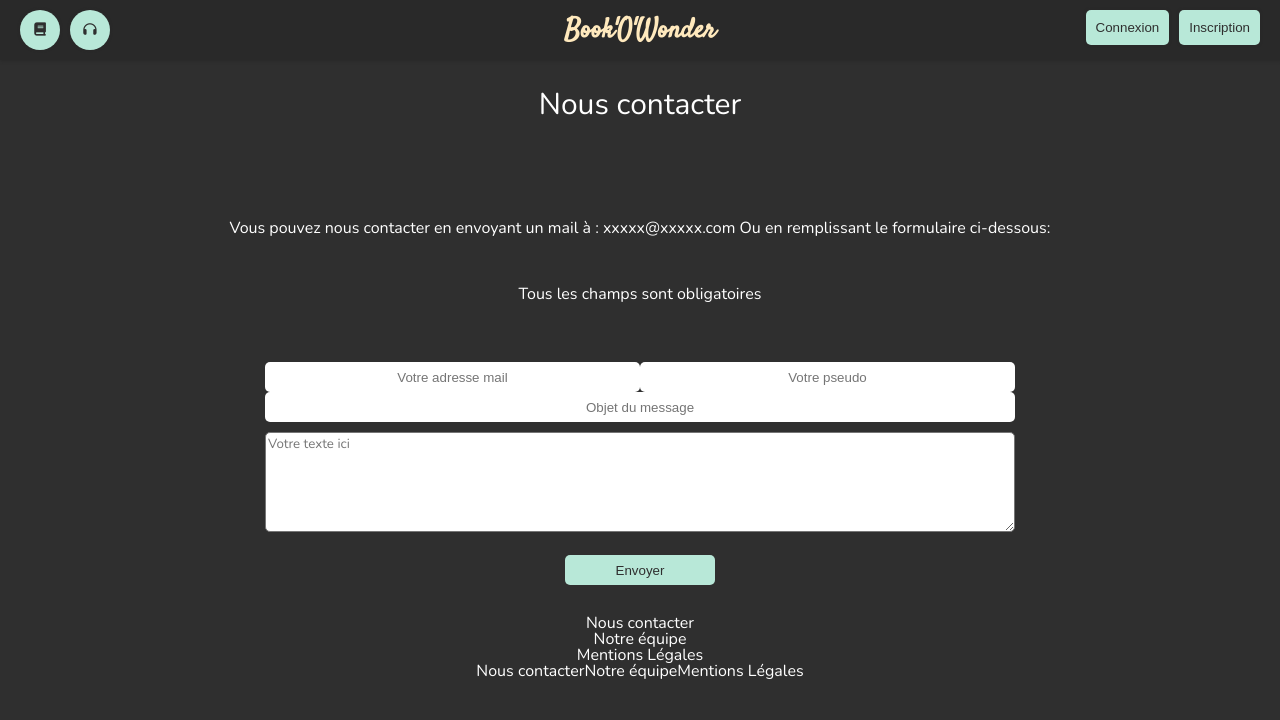
Repository: AnneLineC/book-o-wonder-front
Page: /contact
An editor plug-in stored every save of this project. The page is shown before and after a run of saves, followed by the edit.
The browser window is 1280 px wide. The pictures show the whole page.
The page's requests for data from a server got no answer. Some web libraries are served in a nearby version. The project was rebuilt for these pictures with package versions that can differ from the ones it lists, and the page was loaded fresh each time. No one was signed in, and anything a server would have sent is missing. Also part of the build but not shown: src/components/HeaderApp/LoggedMenu/styles.scss, src/components/HeaderApp/LoggedMenu/index.js, src/components/BookCard/styles.scss, src/components/BookCard/index.js, src/components/HomePage/styles.scss, src/components/HomePage/index.js, src/components/LoginPage/styles.scss, src/components/LoginPage/index.js and 30 more.

Above is the page before, as saved 2021-12-21 10:47:29.

### public/index.html
<!DOCTYPE html>
<html lang="en">
  <head>
    <meta charset="utf-8" />
    <link rel="icon" href="%PUBLIC_URL%/favicon.ico" />
    <meta name="viewport" content="width=device-width, initial-scale=1" />
    <meta name="theme-color" content="#000000" />
    <meta
      name="description"
      content="Web site created using create-react-app"
    />
    <link rel="apple-touch-icon" href="%PUBLIC_URL%/logo192.png" />
    <!--
      manifest.json provides metadata used when your web app is installed on a
      user's mobile device or desktop. See https://developers.google.com/web/fundamentals/web-app-manifest/
    -->
    <link rel="manifest" href="%PUBLIC_URL%/manifest.json" />
    <!--
      Notice the use of %PUBLIC_URL% in the tags above.
      It will be replaced with the URL of the `public` folder during the build.
      Only files inside the `public` folder can be referenced from the HTML.

      Unlike "/favicon.ico" or "favicon.ico", "%PUBLIC_URL%/favicon.ico" will
      work correctly both with client-side routing and a non-root public URL.
      Learn how to configure a non-root public URL by running `npm run build`.
    -->
    <title>Book'O'Wonder</title>
    <script src="https://kit.fontawesome.com/1f90cd4d86.js" crossorigin="anonymous"></script>
  </head>
  <body>
    <noscript>You need to enable JavaScript to run this app.</noscript>
    <div id="root"></div>
  </body>
</html>

### src/index.js
import { Provider } from 'react-redux';
import { BrowserRouter } from 'react-router-dom';
import React from 'react';
import ReactDOM from 'react-dom';
import reportWebVitals from './reportWebVitals';
import store from './store';
import App from './components/App';
import './styles/index.scss';

ReactDOM.render(
  <React.StrictMode>
    <BrowserRouter>
      <Provider store={store}>
        <App />
      </Provider>
    </BrowserRouter>
  </React.StrictMode>,
  document.getElementById('root'),
);

// If you want to start measuring performance in your app, pass a function
// to log results (for example: reportWebVitals(console.log))
// or send to an analytics endpoint. Learn more: https://bit.ly/CRA-vitals
reportWebVitals();

### src/store/index.js
import { createStore, applyMiddleware, compose } from 'redux';

import reducer from '../reducers';
import apiMiddleware from '../middlewares/api';

const composeEnhancers = window.__REDUX_DEVTOOLS_EXTENSION_COMPOSE__ || compose;

const enhancers = composeEnhancers(
  applyMiddleware(apiMiddleware),
);

const store = createStore(reducer, enhancers);

export default store;

### src/styles/index.scss
@use 'reset';
@use 'vars';

@font-face {
  font-family: 'Nunito';
  src: url('../assets/fonts/Nunito-VariableFont_wght.ttf');
  font-weight: normal;
  font-style: normal;
}

@font-face {
  font-family: 'Satisfy';
  src: url('../assets/fonts/Satisfy-Regular.ttf');
  font-weight: normal;
  font-style: normal;
}

html, body {
  max-width: 100%;
  overflow-x: hidden;
}

body {
  background-color: vars.$color--grey-dark;
  margin: 0;
  font-family: 'Nunito', sans-serif;
  color: white;

  &.reading-page {
    height: 100vh;
    overflow-y: hidden;
  }
}

button {
  color: vars.$color--grey-dark;
}

/* Hiding class, making content visible only to screen readers but not visually */
/* "sr" meaning "screen-reader" */
.sr-only:not(:focus):not(:active) {
  clip: rect(0 0 0 0);
  clip-path: inset(50%);
  height: 1px;
  overflow: hidden;
  position: absolute;
  white-space: nowrap;
  width: 1px;
}

button {
  color: vars.$color--grey-dark;
}

/* Hiding class, making content visible only to screen readers but not visually */
/* "sr" meaning "screen-reader" */
.sr-only:not(:focus):not(:active) {
  clip: rect(0 0 0 0);
  clip-path: inset(50%);
  height: 1px;
  overflow: hidden;
  position: absolute;
  white-space: nowrap;
  width: 1px;
}

### src/reducers/index.js
import { combineReducers } from 'redux';

import userReducer from './user';
import booksReducer from './books';
import displayReducer from './display';
import soundsReducer from './sounds';

const rootReducer = combineReducers({
  display: displayReducer,
  books: booksReducer,
  user: userReducer,
  sounds: soundsReducer,
});

export default rootReducer;

### src/components/ContactPage/index.js
import { useSelector, useDispatch } from 'react-redux';
import { Link } from 'react-router-dom';

import {
  setFieldValue, contactFormAttempt,
} from '../../actions';
import './styles.scss';

const ContactPage = () => {
  const dispatch = useDispatch();

  const nicknameValue = useSelector((state) => state.user.nicknameValue);
  const emailValue = useSelector((state) => state.user.emailValue);
  const objectValue = useSelector((state) => state.user.objectValue);
  const contentValue = useSelector((state) => state.user.textValue);
  const isSubmitted = useSelector((state) => state.display.registerForm.sent);
  const isError = useSelector((state) => state.display.registerForm.error);

  const handleInputNicknameChange = (event) => {
    dispatch(setFieldValue('nicknameValue', event.target.value));
  };

  const handleInputEmailChange = (event) => {
    dispatch(setFieldValue('emailValue', event.target.value));
  };

  const handleInputObjectChange = (event) => {
    dispatch(setFieldValue('objectValue', event.target.value));
  };

  const handleInputContentValueChange = (event) => {
    dispatch(setFieldValue('contentValue', event.target.value));
  };

  const handleSendFormSubmit = (event) => {
    event.preventDefault();
    console.log(contactFormAttempt);
    dispatch(contactFormAttempt());
  };

  return (
    <div className="contact-page">

      {!isSubmitted
      && (
      <div>
      <p className="contact-page__title">
        Nous contacter
      </p>

      <p className="contact-page__contact">
        Vous pouvez nous contacter en envoyant un mail à : xxxxx@xxxxx.com
        Ou en remplissant le formulaire ci-dessous:
      </p>

      <p className="contact-page__required">
        Tous les champs sont obligatoires
      </p>

      <form autoComplete="off" className="contact-page__form" onSubmit={handleSendFormSubmit}>
        <div className="contact-page__top">
          <label className="contact-page__label" htmlFor="email">
            <span className="sr-only">Email</span>
            <input
              className="contact-page__input"
              type="email"
              name="email"
              id="email"
              placeholder="Votre adresse mail"
              value={emailValue}
              onChange={handleInputEmailChange}
            />
          </label>

          <label className="contact-page__label" htmlFor="pseudo">
            <span className="sr-only">Pseudo</span>
            <input
              className="contact-page__input"
              type="text"
              name="nickname"
              id="nickname"
              placeholder="Votre pseudo"
              value={nicknameValue}
              onChange={handleInputNicknameChange}
            />
          </label>
        </div>

        <div className="contact-page__bottom">
          <label className="contact-page__labell" htmlFor="object">
            <span className="sr-only">Objet du message</span>
            <input
              className="contact-page__object"
              type="text"
              name="object"
              id="object"
              placeholder="Objet du message"
              value={objectValue}
              onChange={handleInputObjectChange}
            />
          </label>

          <label className="contact-page__labell" htmlFor="content">
            <span className="sr-only">Tapez votre message ici</span>
            <textarea
              cols="33"
              className="contact-page__textarea"
              name="content"
              id="content"
              placeholder="Votre texte ici"
              value={contentValue}
              onChange={handleInputContentValueChange}
            />
          </label>

          {isError && <p className="contact-page__error">Erreur survenue lors de l'envoi. Veillez vérifier vos champs.</p>}

          <button
            type="submit"
            className="contact-page__send"
          >
            Envoyer
          </button>
        </div>
      </form>
      </div>
      )}

        {isSubmitted
        && (
        <div className="contact-page__validation">
          <p className="contact-page__validation-title">
            Merci de votre message !
          </p>
          <p className="contact-page__validation-subtext">
            Merci pour votre message, nous y répondrons dès que possible
          </p>
          <Link to="/">
            <button
              type="submit"
              className="contact-page__home"
            >
              Retour à l'accueil
            </button>
          </Link>
        </div>
        )}

    </div>
  );
};
export default ContactPage;

### src/components/FooterApp/index.js
import './styles.scss';
import { Link } from "react-router-dom"

const FooterApp = () => (
  <footer>
    <ul>
        <ol><a href=""></a>Nous contacter</ol>
        <ol><a href=""></a>Notre équipe</ol>
        <ol><a href=""></a>Mentions Légales</ol>

        <Link to="/Nous_contacter">Nous contacter</Link>
        <Link to="/Notre_equipe">Notre équipe</Link>
        <Link to="/Mentions_Legales">Mentions Légales</Link>
    </ul>
  </footer>
);

export default FooterApp;

### src/styles/_reset.css
/* http://meyerweb.com/eric/tools/css/reset/ v2.0 | 20110126 */
html,
body,
div,
span,
applet,
object,
iframe,
h1,
h2,
h3,
h4,
h5,
h6,
p,
blockquote,
pre,
a,
abbr,
acronym,
address,
big,
cite,
code,
del,
dfn,
em,
img,
ins,
kbd,
q,
s,
samp,
small,
strike,
strong,
sub,
sup,
tt,
var,
b,
u,
i,
center,
dl,
dt,
dd,
ol,
ul,
li,
fieldset,
form,
label,
legend,
table,
caption,
tbody,
tfoot,
thead,
tr,
th,
td,
article,
aside,
canvas,
details,
embed,
figure,
figcaption,
footer,
header,
hgroup,
menu,
nav,
output,
ruby,
section,
summary,
time,
mark,
audio,
video {
  margin: 0;
  padding: 0;
  border: 0;
  font-size: 100%;
  font: inherit;
  vertical-align: baseline;
}

/* HTML5 display-role reset for older browsers */
article,
aside,
details,
figcaption,
figure,
footer,
header,
hgroup,
menu,
nav,
section {
  display: block;
}

body {
  line-height: 1;
}
ol,
ul {
  list-style: none;
}
blockquote,
q {
  quotes: none;
}

blockquote::before,
blockquote::after,
q:before,
q:after {
  content: '';
  content: none;
}
table {
  border-collapse: collapse;
  border-spacing: 0;
}

/* Améliorations */

html {
  box-sizing: border-box;
  font-size: 62.5%;
}

body {
  font-size: 1.6rem;
}

*,
*::before,
*::after {
  box-sizing: inherit;
}

a,
del,
ins {
  text-decoration: none;
}
a {
  color: inherit;
}

label,
button {
  cursor: pointer;
  background-color: transparent;
  border: 0;
  padding: 0;
}

input,
button {
  outline: 0;
  border: 0;
}

### src/styles/_vars.scss
// --------
// Colors :
// --------

// $color--*color*-*light/medium/dark*

$color--grey-dark: #2f2f2f;
$color--grey-very-dark: #292929;
$color--green-light: #b8e8d8;
$color--blue-light: #e1ecfe;
$color--yellow-light: #fffec5;
$color--orange-light: #ffe9bd;
$color--orange-medium: #e9ab9c;

// $gradient--*color*-*light/medium/dark*

$gradient--blue-light : linear-gradient(to bottom, #9ec0ff, #e8f1ff);
$gradient--yellow-light : linear-gradient(to bottom, #fed68e, #fef4db);
$gradient--green-light : linear-gradient(to bottom, #88d4ba, #d8f3ea);

// ---------
// General :
// ---------

$radius: 0.5rem;
$gutter: 1rem;

// -------------
// Breakpoints :
// -------------

$tablet: 700px;
$desktop: 1000px;

// -------
// Fonts :
// -------

$title-font: 'Satisfy', sans-serif;
$main-font: 'Nunito', sans-serif;

### src/reducers/sounds.js
import { SET_SOUNDS, SET_CURRENT_SOUND } from '../actions';

export const initialState = {
  musicsList: [],
  currentMusic: {
    id: 1,
    name: 'Lofi',
    music: 'https:/www.youtube.com/watch?v=5qap5aO4i9A',
    image: '',
    categories: [
      {
        id: 1,
        name: 'Fantasy',
      },
    ],
  },
};

const reducer = (state = initialState, action = {}) => {
  switch (action.type) {
    case SET_SOUNDS:
      return {
        ...state,
        musicsList: action.data,
      };
    case SET_CURRENT_SOUND:
      return {
        ...state,
        currentMusic: action.data,
      };
    default:
      return state;
  }
};

export default reducer;

### src/components/HeaderApp/LoginComponent/index.js
import LoginButtons from './LoginButtons';
import LoginMenu from './LoginMenu';
import './styles.scss';

const LoginComponent = () => (
  <div className="login-component">
    <LoginButtons />
    <LoginMenu />
  </div>
);

export default LoginComponent;

### src/components/HeaderApp/styles.scss
@use './../../styles/vars';
@use "sass:color";

.header-app {

    padding: vars.$gutter vars.$gutter*2;
    background-color: color.scale(vars.$color--grey-dark, $blackness: 80%);
    box-shadow: 1px 1px 3px color.scale(vars.$color--grey-dark, $blackness: 100%);
    position: sticky;
    min-height: 6rem;

    &__title {
        font-family: vars.$title-font;
        color: vars.$color--orange-light;
        font-size: 1.7em;
        font-weight: bold;
        display: flex;
        justify-content: flex-start;
        align-items: center;
        line-height: 1.6;
        z-index: -1;
    }

    &__element {
        float: right;
        margin-left: vars.$gutter;
    }

    &__icon {
        background-color: vars.$color--green-light;
        display: block;
        width: 4rem;
        height: 4rem;
        display: flex;
        align-items: center;
        justify-content: center;
        border-radius: 50%;
        color: vars.$color--grey-dark;
        box-shadow: 0 0 3px color.scale(vars.$color--grey-dark, $blackness: 100%);
        transition: 0.5s;

        &:hover {
            background-color: vars.$color--orange-medium;
        }
    }
}

@media screen and (min-width: vars.$tablet) {

    .header-app {

        &__element {
            &--audio-player {
                float: left;
                display: flex;
                align-items: center;
                justify-content: center;
            }
            &--categories {
                float: left;
                margin-left: 0;
                display: flex;
                align-items: center;
                justify-content: center;
            }
        }

        &__title {
            display: block;
            position: absolute;
            top: 1rem;
            text-align: center;
            width: calc(100% - (vars.$gutter * 4));
        }
    }
}

### src/components/ContactPage/styles.scss
@use "../../styles/vars";

.contact-page {
  &__title {
    margin-top: 3rem;
    font-size: 3rem;
  }

  &__form {
    display: flex;
    flex-direction: column;
    padding: vars.$gutter;
    margin-top: 5rem;
  }

  &__top {
    display: flex;
    flex-direction: column;
  }

  &__bottom {
    display: flex;
    flex-direction: column;
  }

  &__object {
    border-radius: vars.$radius;
    margin-bottom: 1rem;
    text-align: center;
    height: 3rem;
    width: 25rem;
    margin: 0rem auto 4rem auto;
  }

  &__label {
    margin-bottom: 1rem;
  }

  &__input {
    border-radius: vars.$radius;
    margin-bottom: 1rem;
    text-align: center;
    width: 25rem;
    height: 3rem;
    margin: 0rem auto 2rem auto;
  }

  &__textarea {
    height: 10rem;
    width: 25rem;
    margin: auto;
    border-radius: vars.$radius;
    font-family: inherit;
  }

  &__contact {
    margin-top: 10rem;
    margin-left: 2rem;
    margin-right: 2rem;
  }

  &__required {
    margin-top: 5rem;
  }

  &__send {
    background-color: vars.$color--green-light;
    height: 3rem;
    width: 15rem;
    margin: 2rem auto 2rem auto;
    border-radius: vars.$radius;
  }

  &__error {
    color: rgb(243, 104, 104);
    margin-bottom: 3rem;
  }

  &__home {
    background-color: vars.$color--green-light;
    height: 3rem;
    width: 15rem;
    margin: 2rem auto 2rem auto;
    border-radius: vars.$radius;
  }

  &__validation {
    height: 60vh;
    display: flex;
    flex-direction: column;
    align-items: center;
    justify-content: center;

    &-title {
      font-size: 2em;
      margin: vars.$gutter*2;
    }

    &-mail {
      font-weight: bold;
    }
  }
}

@media screen and (min-width: vars.$tablet) {
  .contact-page {
    &__top {
      display: flex;
      flex-direction: row;
    }

    &__bottom {
      margin-top: -3rem;
    }

    &__form {
      display: flex;
      align-items: center;
      padding: vars.$gutter;
      margin-top: 5rem;
    }

    &__input {
      height: 3rem;
      width: 31rem;

    }

    &__object {
      border-radius: vars.$radius;
      margin-bottom: 1rem;
      text-align: center;
      height: 3rem;
      width: 62rem;
      margin: 0rem auto 1rem auto;
    }

    &__textarea {
      height: 10rem;
      width: 62rem;
      margin: auto;
      border-radius: vars.$radius;
    }
  }
}

@media screen and (min-width: vars.$desktop) {
  .contact-page {
    &__object {
      border-radius: vars.$radius;
      margin-bottom: 1rem;
      text-align: center;
      height: 30px;
      width: 750px;
      margin: 0rem auto 1rem auto;
    }

    &__textarea {
      height: 10rem;
      width: 750px;
      margin: auto;
      border-radius: vars.$radius;
    }

    &__input {
      width: 375px;
    }

    &__top {
      display: flex;
      flex-direction: row;
    }

    &__bottom {
      display: flex;
      flex-direction: column;
    }
  }
}

### src/components/ConnexionMenu/styles.scss
@use './../../styles/vars';
@use "sass:color";


.connexion-menu {
    &__item {
        border-top: 1px solid color.scale(vars.$color--grey-dark, $lightness: 15%);
        padding: vars.$gutter * 1.5;
    }
}

### src/components/ConnectedMenu/styles.scss
@use './../../styles/vars';
@use "sass:color";


.connected-menu {
    &__item {
        border-top: 1px solid color.scale(vars.$color--grey-dark, $lightness: 15%);
        padding: vars.$gutter * 1.5;
    }
}

### src/components/MediaPlayer/styles.scss
@use './../../styles/vars';

.player {
  max-width: 33rem;
  margin: auto;
  display: flex;
  flex-direction: column;
  max-height: 80vh;
}

.infos {

  &__picture {
    margin: auto;
    height: 20rem;
    background-position: center;
    background-size: cover;
    border-radius: vars.$radius;
    position: relative;
  }

  &__content {
    position: absolute;
    bottom: 0;
    width: 100%;
    padding: vars.$gutter;
    display: flex;
    justify-content: space-between;
    align-items: center;
    margin-top: vars.$gutter;
  }

  &__left {
    display: flex;
    align-items: center;
  }

  &__right {
    display: flex;
    // flex-direction: column;
  }

  &__title {
    font-weight: bold;
    margin-left: vars.$gutter;
  }

  &__category {
    display: flex;
    align-items: center;
    background-color: vars.$color--orange-light;
    padding: 0.5rem;
    color: vars.$color--grey-dark;
    border-radius: vars.$radius;
    font-size: 0.7em;
    margin: 0.2rem;
  }

  &__playpause {
    background-color: vars.$color--blue-light;
    width: 4rem;
    height: 4rem;
    display: flex;
    justify-content: center;
    align-items: center;
    border-radius: 50%;
    flex-shrink: 0;
  }
}

.controls {
  margin-top: vars.$gutter;
  display: flex;
  justify-content: center;

  &__volume {
    display: flex;

    &-text {
      margin-right: vars.$gutter;
    }
  }
}

.music-list {
  margin-top: vars.$gutter*3;
  padding-right: vars.$gutter;
  flex: 1;
  overflow-y: auto;

  &::-webkit-scrollbar {
    width: 12px;               /* width of the entire scrollbar */
  }

  &::-webkit-scrollbar-track {
      background: #1d1d1d;        /* color of the tracking area */
  }

  &::-webkit-scrollbar-thumb {
      background-color: #575757;    /* color of the scroll thumb */
      border-radius: 20px;       /* roundness of the scroll thumb */
      border: 3px solid #1d1d1d ;  /* creates padding around scroll thumb */
  }
}

### src/components/HeaderApp/LoginComponent/LoginButtons/index.js
import { NavLink } from 'react-router-dom';
import './styles.scss';

const LoginButtons = () => (
  <div className="login-buttons">
    <NavLink to="/connexion">
      <button
        className="login-buttons__button login-buttons__button--signin"
        type="button"
      >
        Connexion
      </button>
    </NavLink>

    <NavLink to="/inscription">
      <button
        className="login-buttons__button login-buttons__button--signup"
        type="button"
      >
        Inscription
      </button>
    </NavLink>
  </div>
);

export default LoginButtons;

### src/components/HeaderApp/LoginComponent/LoginMenu/index.js
import { useDispatch } from 'react-redux';
import { setDisplay } from '../../../../actions';

import './styles.scss';

const LoginMenu = () => {
  const dispatch = useDispatch();
  const handleLinkClick = (name) => {
    dispatch(setDisplay(name));
  };
  return (
    <button
      type="button"
      className="login-menu"
      onClick={
      () => {
        handleLinkClick('connexionMenu');
      }
    }
    >
      <span className="login-menu__text sr-only">Menu de connexion</span>
      <span className="login-menu__icon header-app__icon"><i className="far fa-user" /></span>
    </button>
  );
};

export default LoginMenu;

### src/components/Modal/styles.scss
@use './../../styles/vars';
@use "sass:color";


.menu-list {
    position: fixed;
    top: 0;
    left: 0;
    width: 100%;
    height: 100vh;
    padding: vars.$gutter*8 vars.$gutter*3 vars.$gutter*3;
    overflow: hidden;
    background-color: color.scale(vars.$color--grey-dark, $blackness: 80%);
    z-index: 100;
    transition: transform 1s;
    transform: translateX(100%);
    box-shadow: 0 0 3px black;

    &--open {
        transform: translateX(0);
    }

    &__close-icon {
        position: absolute;
        top: 0;
        right: 0;
        padding: vars.$gutter * 3;
        font-size: 1.2em;
        color: vars.$color--orange-light;
    }
}

@media only screen and (min-width: vars.$tablet) {
    .menu-list {
        top: 0;
        left: auto;
        right: 0;
        width: 40rem;
        transform: translateX(41rem);

        &--left {
            top: 0;
            left: 0;
            right: auto;
            width: 40rem;
            transform: translateX(-41rem);
        }

        &--open {
            transform: translateX(0);
        }
    }

}

### src/components/HeaderApp/LoginComponent/LoginButtons/styles.scss
@use './../../../../styles/vars';
@use "sass:color";

.login-buttons {
    display: none;

    &__button {
        background-color: vars.$color--green-light;
        padding: vars.$gutter;
        border-radius: vars.$radius;
        margin-left: vars.$gutter;
        box-shadow: 0 0 3px color.scale(vars.$color--grey-dark, $blackness: 100%);
        // font-weight: bold;
    }
}

@media screen and (min-width: vars.$desktop) {
    .login-buttons {
        display: block;
    }
}

### src/components/HeaderApp/LoginComponent/LoginMenu/styles.scss
@use './../../../../styles/vars';

@media screen and (min-width: vars.$desktop) {
    .login-menu {
        display: none;
    }
}

Loaded but not shown: src/reportWebVitals.js (common file); src/components/App/styles.scss (common file); src/middlewares/api.js (387 lines, source omitted); src/actions/index.js (299 lines, source omitted); src/components/MediaPlayer/index.js (114 lines, source omitted); src/components/App/index.js (78 lines, source omitted); src/reducers/user.js (101 lines, source omitted); src/reducers/display.js (85 lines, source omitted); src/components/ConnectedMenu/index.js (64 lines, source omitted); src/components/HeaderApp/index.js (49 lines, source omitted); src/components/CategoriesMenu/index.js (49 lines, source omitted); src/reducers/books.js (57 lines, source omitted); src/components/Modal/index.js (47 lines, source omitted); src/components/ConnexionMenu/index.js (41 lines, source omitted); src/components/HeaderApp/LoginComponent/styles.scss (no stored copy; drawn as an empty file)

After the next 2 saves:
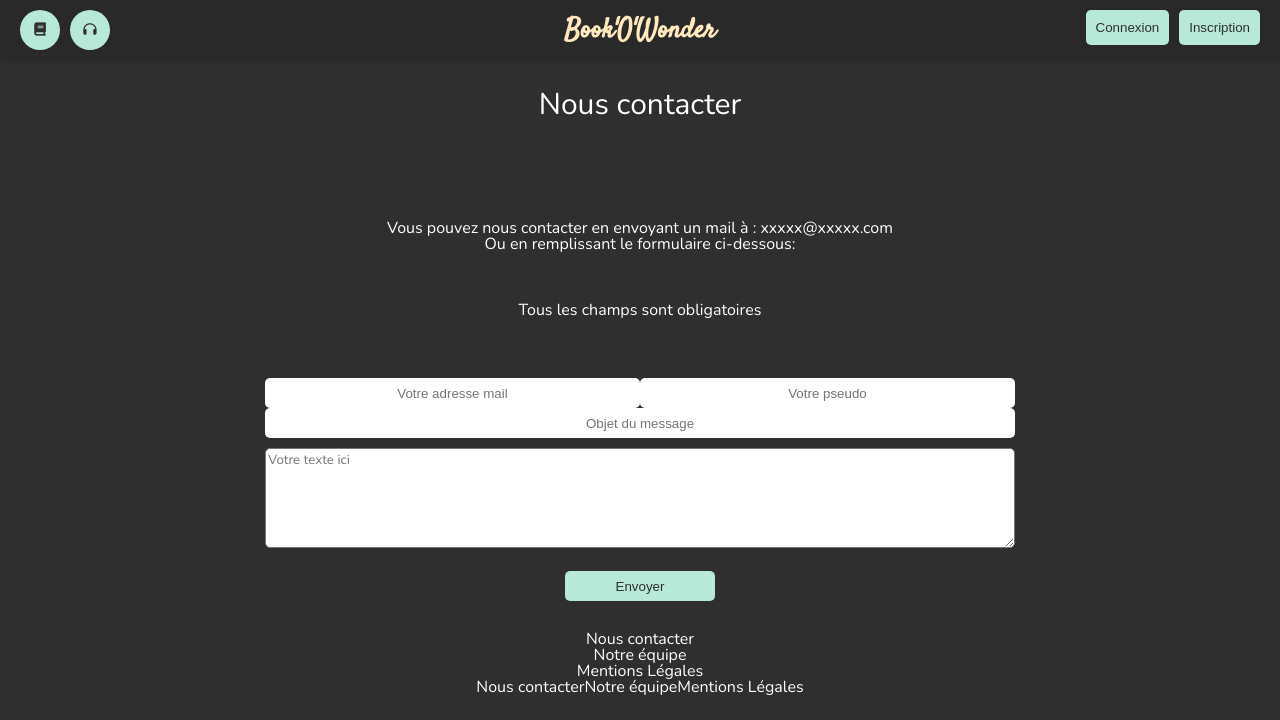
The 2 saves are shown as one change because they came seconds apart.
The last was saved 24 s later.
--- a/src/components/ContactPage/index.js
+++ b/src/components/ContactPage/index.js
@@ -49,7 +49,7 @@
       </p>
 
       <p className="contact-page__contact">
-        Vous pouvez nous contacter en envoyant un mail à : xxxxx@xxxxx.com
+        Vous pouvez nous contacter en envoyant un mail à : xxxxx@xxxxx.com <br></br>
         Ou en remplissant le formulaire ci-dessous:
       </p>
 
